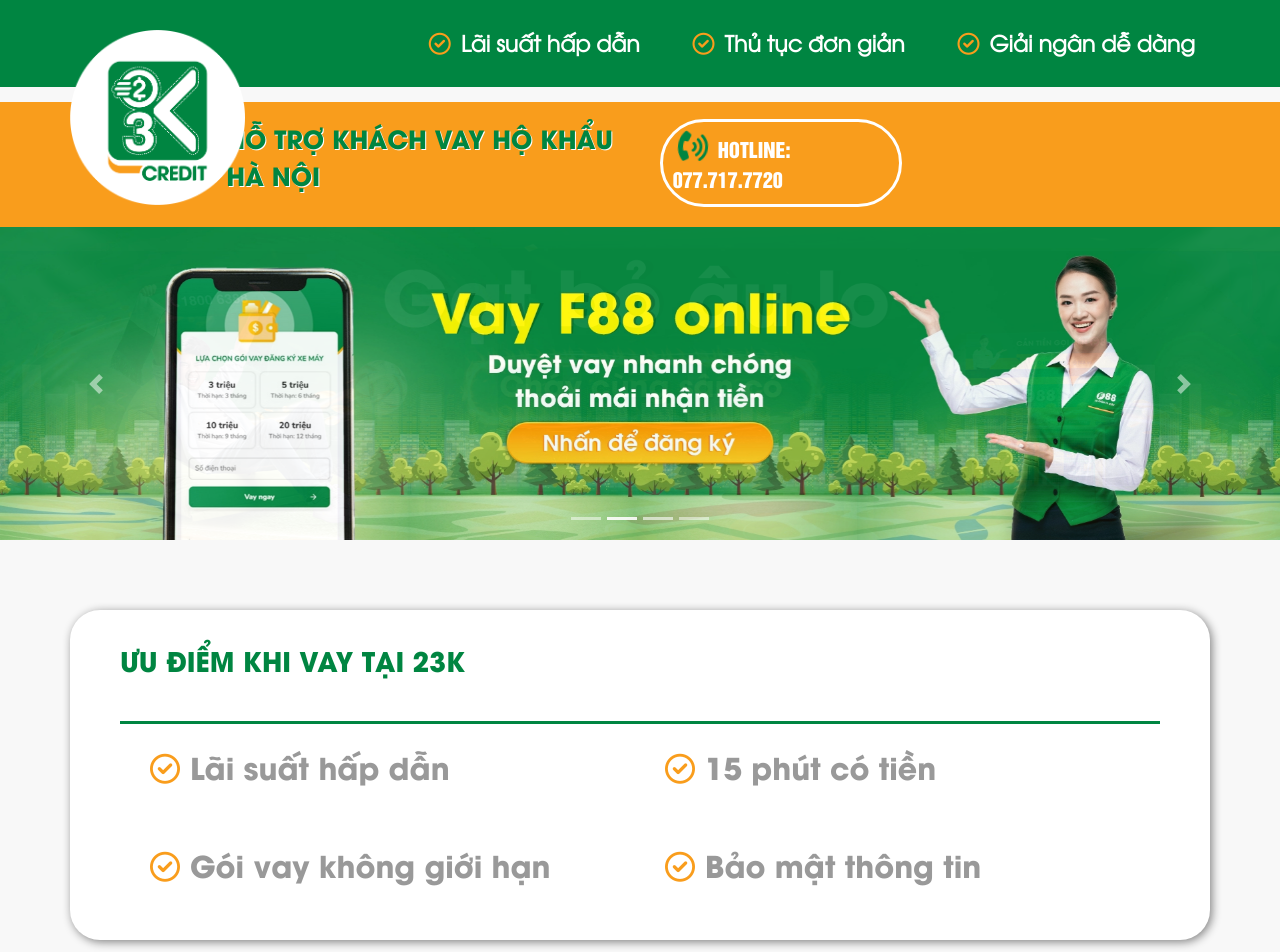
Repository: anhtu2110/23k.vn
Page: theme/index.html
These files come from the project's save history. The page is drawn as it stood at one moment and after the next save; the edit follows.
The browser window is 1280 px wide. The pictures show the part of the page from y = 0 to 952 px (the page is 1984 px tall).
A picture or video elsewhere on the page could not be fetched, so the positions and the page height are approximate.

Above is the page before, as saved 2022-12-29 21:41:13.

### theme/index.html
<!DOCTYPE html>
<html lang="en">

<head>
    <meta charset="UTF-8">
    <meta http-equiv="X-UA-Compatible" content="IE=edge">
    <meta name="viewport" content="width=device-width, initial-scale=1.0">
    <link rel="icon" type="image/x-icon" href="./public/images/footer_logo.png">
    <link rel="stylesheet" href="public/css/bootstrap/bootstrap-theme.css" type="text/css" />
    <link rel="stylesheet" href="public/css/bootstrap/bootstrap.css" type="text/css" />
    <link rel="stylesheet" href="public/reset.css" type="text/css" />
    <link rel="stylesheet" href="public/css/font-awesome/css/font-awesome.min.css">
    <link rel="stylesheet" href="https://cdnjs.cloudflare.com/ajax/libs/font-awesome/6.2.1/css/all.min.css">
    <link rel="stylesheet" href="public/style.css" type="text/css" />
    <link rel="stylesheet" href="public/responsive.css" type="text/css" />
    <title>23K</title>

    <script src="public/js/jquery-3.6.1.min.js"></script>
    <script src="public/js/bootstrap/bootstrap.min.js"></script>
    <script src="public/js/main.js"></script>
</head>

<body>
    <!-- test  -->
    <div id="wrapper">
        <div id="header">
            <div class="header-top">
                <div class="container">
                    <div class="logo">
                        <a href="" class="logo">
                            <img src="./public/images/LOGO.png" alt="">
                        </a>
                    </div>
                    <ul class="benefit">
                        <li class="benefit-item">Lãi suất hấp dẫn</li>
                        <li class="benefit-item">Thủ tục đơn giản </li>
                        <li class="benefit-item">Giải ngân dễ dàng</li>
                    </ul>
                </div>
            </div>
            <div class="header-bottom">
                <div class="container">
                    <div class="row">
                        <div class="col-md-2"></div>
                        <div class="col-md-6">
                            <span class="content text-uppercase">Hỗ trợ khách vay hộ khẩu hà nội</span>
                        </div>
                        <div class="col-md-4">
                            <a href="tel:0777177720" class="hotline text-decoration-none">
                                <span class="icon-phone"><i class="fa-solid fa-phone-volume animation-phone"></i></span>
                                <span>Hotline: 077.717.7720</span>
                            </a>
                        </div>
                    </div>
                    <!-- <span class="content text-uppercase">Hỗ trợ khách vay hộ khẩu hà nội</span> -->
                    <!-- <a href="tel:0777177720" class="hotline text-decoration-none">
                        <span class="icon-phone"><i class="fa-solid fa-phone-volume animation-phone"></i></span>
                        <span>Hotline: 077.717.7720</span>
                    </a> -->
                </div>
            </div>
        </div>
        <!-- END HEADER  -->
        <style>
            #banner img {
                max-width: 100%;
                height: auto;
            }
        </style>
        <div id="wp-content">
            <section class="home-banner">
                <div id="banner" class="banner carousel slide carousel-fade" data-ride="carousel">
                    <ol class="carousel-indicators">
                        <li data-target="#banner" class="active" data-slide-to="0"></li>
                        <li data-target="#banner" data-slide-to="1"></li>
                        <li data-target="#banner" data-slide-to="2"></li>
                        <li data-target="#banner" data-slide-to="3"></li>
                    </ol>
                    <div class="carousel-inner">
                        <div class="carousel-item active" data-interval="2500">
                            <a href="">
                                <img class="desktop" src="./public/images/20220511164418256-1920 x 470.jpg" alt="">
                            </a>
                        </div>
                        <div class="carousel-item" data-interval="2500">
                            <a href="">
                                <img class="desktop" src="./public/images/20221012100205330-f88 vay tiền destop.png"
                                    alt="">
                            </a>
                        </div>
                        <div class="carousel-item" data-interval="2500">
                            <a href="">
                                <img class="desktop"
                                    src="./public/images/20221118174037871-destop wc vay tiền tại f88.jpg" alt="">
                            </a>
                        </div>
                        <div class="carousel-item" data-interval="2500">
                            <a href="">
                                <img class="desktop" src="./public/images/slider_4.jpg" alt="">
                            </a>
                        </div>
                    </div>
                    <a href="#banner" class="carousel-control-prev" data-slide="prev">
                        <span class="carousel-control-prev-icon"></span>
                    </a>
                    <a href="#banner" class="carousel-control-next" data-slide="next">
                        <span class="carousel-control-next-icon"></span>
                    </a>
                </div>
            </section>
            <!-- END HOME-BANNER  -->
            <div id="advantages" class="container box">
                <div class="head-box">
                    <div class="row">
                        <div class="col-md-12">
                            <p class="title">Ưu điểm khi vay tại 23k</p>
                        </div>
                    </div>
                </div>
                <div class="list-advantage">
                    <div class="row justify-content-center">
                        <div class="col-md-6 col-12">
                            <p class="advantage">Lãi suất hấp dẫn</p>
                        </div>
                        <div class="col-md-6 col-12">
                            <p class="advantage">15 phút có tiền</p>
                        </div>
                        <div class="col-md-6 col-12">
                            <p class="advantage">Gói vay không giới hạn</p>
                        </div>
                        <div class="col-md-6 col-12">
                            <p class="advantage">Bảo mật thông tin</p>
                        </div>
                    </div>
                </div>
            </div>
            <!-- END ADVANTAGES  -->
            <div id="should-choose" class="container box">
                <div class="head-box">
                    <div class="row">
                        <div class="col-md-12">
                            <p class="title">Bạn nên chọn 23k</p>
                        </div>
                    </div>
                </div>
                <ul class="list-reason">
                    <li class="reason-item">
                        <a href=""><img src="./public/images/thu_tuc.png" alt=""></a>
                        <p>Thủ tục đơn giản chỉ cần CCCD & sổ hộ khẩu Hà Nội</p>
                    </li>
                    <li class="reason-item">
                        <a href=""><img src="./public/images/tham_dinh.png" alt=""></a>
                        <p>
                            Thẩm định nhanh chóng linh hoạt
                        </p>
                    </li>
                    <li class="reason-item">
                        <a href=""><img src="./public/images//lai_suat.png" alt=""></a>
                        <p>Lãi suất ưu đãi nhất Hà Nội</p>
                    </li>
                    <li class="reason-item">
                        <a href=""><img src="./public/images/tu_van.png" alt=""></a>
                        <p>Đăng ký tư vấn online dễ dàng</p>
                    </li>
                    <li class="reason-item">
                        <a href=""><img src="./public/images/bao_mat.png" alt=""></a>
                        <p>Bảo mật thông tin khách hàng</p>
                    </li>
                </ul>
            </div>
        </div>
        <!-- END WP-CONTENT  -->
        <div id="footer">
            <div id="footer-top">
                <div class="container">
                    <div class="row">
                        <div class="footer-top-content col-12">
                            <span class="footer-thank">Trân trọng cảm ơn quý khách !</span>
                            <a href="tel:0777177720" class="hotline text-decoration-none">
                                <span class="icon-phone"><i class="fa-solid fa-phone-volume animation-phone"></i></span>
                                <span>Hotline: 077.717.7720</span>
                            </a>
                        </div>
                    </div>
                </div>
            </div>
            <!-- END FOOTER-TOP  -->
            <div id="footer-bottom">
                <div class="container">
                    <div class="row no-gutters">
                        <div class="footer-logo col-md-4">
                            <a href="" class="logo">
                                <img src="./public/images/footer_logo.png" alt="">
                            </a>
                        </div>
                        <div class="footer-info-contact">
                            <p>Thông tin liên hệ</p>
                            <ul class="list-info-contact">
                                <li class="info-contact-item"><a href=""><i class="fa-solid fa-location-dot"></i>252 Đ.
                                        Lạc Long
                                        Quân, Bưởi, Cầu Giấy, Hà Nội, Việt Nam</a></li>
                                <li class="info-contact-item"><a href=""><i class="fa-solid fa-phone"></i>HOTLINE:
                                        0777.170.720</a></li>
                                <li class="info-contact-item"><a href=""><i
                                            class="fa-brands fa-square-facebook"></i>www.facebook.com/groups/taichinh23k</a>
                                </li>
                            </ul>
                        </div>
                    </div>
                </div>
            </div>
            <div class="container">
                <div class="row">
                    <div class="col-md-4">xin chaof</div>
                    <div class="col-md-4">xin chaof</div>
                    <div class="col-md-4">xin chào</div>
                </div>
            </div>

            <!-- END FOOTER-BOTTOM  -->
        </div>
        <!-- END FOOTER  -->
    </div>
</body>

</html>

### theme/public/style.css
@import '../public/css/import/fonts.css';
@import '../public/css/import/global.css';
@import '../public/css/import/header.css';
@import '../public/css/import/footer.css';
@import '../public/css/import/register.css';

### theme/public/responsive.css
@media (max-width: 1199px) {
    html {
        font-size: 5.333px;
        /* font-size: 8px; */
    }
}

@media (max-width: 767px) {
    html {
        font-size: 10px;
    }
}

### theme/public/css/import/fonts.css
@font-face {
    font-family: 'Leelawadee UI Bold';
    src: url('../../font/leelawdb.ttf');
}

@font-face {
    font-family: 'Montserrat-SemiBold';
    src: url('../../font/Montserrat-SemiBold.ttf');
}

@font-face {
    font-family: 'UTM Avo';
    src: url('../../font/UTM\ Avo.ttf');
}

@font-face {
    font-family: 'UTM AvoBold_Italic';
    src: url('../../font/UTM\ AvoBold_Italic.ttf');
}

@font-face {
    font-family: 'UTM AvoBold';
    src: url('../../font/UTM\ AvoBold.ttf');
}

@font-face {
    font-family: 'UTM AvoItalic';
    src: url('../../font/UTM\ AvoItalic.ttf');
}

@font-face {
    font-family: 'UTM HelvetIns';
    src: url('../../font/UTM\ HelvetIns.ttf');
}

### theme/public/css/import/global.css
:root {
    --bg-page: #F8F8F8;
    --bg-green: #008541;
    --bg-white: #FFFFFF;
    --bg-orange: #F99D1C;
    --bg-gray: #666666;
}

a {
    text-decoration: none !important;
}

ul {
    padding: 0;
    margin: 0;
}

html {
    font-size: 62.5%;
}

body {
    background-color: var(--bg-page);
}

.head-box {
    padding-bottom: 3rem;
    padding-top: 1rem;
    border-bottom: 3px solid var(--bg-green);
}

p.title {
    font-size: 2.7rem;
    font-family: 'UTM AvoBold';
    color: var(--bg-green);
    text-transform: uppercase;
}

.box {
    background-color: var(--bg-white);
    padding: 2rem 5rem;
    box-shadow: 2px 2px 10px gray;
    border-radius: 3rem;
    z-index: 1;
}

a.hotline {
    display: inline-block;
    font-size: 2rem;
    font-family: 'UTM HelvetIns';
    text-transform: uppercase;
    color: var(--bg-white);
    padding: 1rem 1rem;
    border: 0.3rem solid var(--bg-white);
    border-radius: 100rem;
    margin-left: 1rem;
    overflow: hidden;
}

a.hotline span.icon-phone i {
    font-size: 3rem;
    color: var(--bg-green);
    padding-inline: 0.5rem;
}

.animation-phone {
    animation-name: trin;
    animation-duration: 1.5s;
    animation-iteration-count: infinite;
    animation-timing-function: linear;
}

@keyframes trin {

    from {
        transform: rotate3d(0, 0, 1, 0deg);
    }

    20%,
    32%,
    44%,
    56%,
    68% {
        transform: rotate3d(0, 0, 1, 0deg);
    }

    23%,
    35%,
    47%,
    59%,
    71% {
        transform: rotate3d(0, 0, 1, 15deg);
    }

    26%,
    38%,
    50%,
    62%,
    74% {
        transform: rotate3d(0, 0, 1, 0deg);
    }

    29%,
    41%,
    53%,
    65%,
    77% {
        transform: rotate3d(0, 0, 1, -15deg);
    }

    80% {
        transform: rotate3d(0, 0, 1, 0deg);
    }

}

### theme/public/css/import/header.css
.header-top {
    background-color: var(--bg-green);
    margin-bottom: 1.5rem;
}

.header-top .container {
    position: relative;
    display: flex;
    justify-content: flex-end;
}

#header .logo {
    position: absolute;
    top: 1.5rem;
    left: 0;
    border-radius: 10rem;
    z-index: 1;
}

#header .logo a.logo img {
    width: 17.5rem;
    height: auto;
}

ul.benefit li.benefit-item {
    display: inline-block;
    font-size: 2.2rem;
    color: red;
    font-family: 'UTM Avo';
    font-weight: 600;
    color: var(--bg-white);
    padding: 2.6rem 2rem;
}

ul.benefit li.benefit-item:last-child {
    padding-right: 0;
}

ul.benefit li.benefit-item::before {
    display: inline-block;
    content: '\f058';
    font-family: "Font Awesome 6 Free";
    -webkit-font-smoothing: antialiased;
    font-weight: normal;
    color: #F99D1C;
    padding-inline: 1rem;
}

/* ul.benefit li.benefit-item i {
    display: inline-block;
    padding-inline: 1rem;
    color: #F99D1C;
} */

/* END HEADER TOP  */
.header-bottom {
    height: 12.5rem;
    background-color: var(--bg-orange);
    display: flex;
    align-items: center;
}

.header-bottom .container {
    display: flex;
    align-items: center;
    /* justify-content: right; */
}

.header-bottom .content {
    font-size: 2.5rem;
    font-family: 'UTM AvoBold';
    color: var(--bg-green);
    text-shadow: 1px 1px var(--bg-white);
    width: fit-content;
}

### theme/public/css/import/footer.css
#footer #footer-top {
    background-color: var(--bg-green);
    padding-block: 3rem;
}

#footer #footer-top .footer-top-content {
    display: flex;
    justify-content: space-between;
}

#footer #footer-top .footer-top-content span.footer-thank {
    font-size: 3.8rem;
    color: var(--bg-white);
    font-family: 'UTM AvoBold';
    text-transform: uppercase;
    margin-left: -1.5rem;
}

#footer #footer-top .footer-top-content a.hotline {
    /* border: none; */
    background-color: var(--bg-orange);
    margin-right: -1.5rem;
}

/* END FOOTER-TOP  */
#footer #footer-bottom .footer-logo a.logo img {
    display: block;
    max-width: 18rem;
    height: auto;
}

#footer #footer-bottom {
    padding-block: 4rem;
}

.footer-info-contact {
    font-size: 2.6rem;
    color: var(--bg-gray);
}

.footer-info-contact p {
    padding-block: 1rem;
    border-bottom: 0.2rem solid var(--bg-green);
}

ul.list-info-contact {
    list-style: none;
    padding: 0;
    margin: 0;
}

ul.list-info-contact li a {
    color: var(--bg-gray);
}

ul.list-info-contact i {
    display: inline-block;
    width: 3rem;
    height: auto;
}

### theme/public/css/import/register.css
#wp-content {
    margin-bottom: 8rem;
}

#advantages {
    margin-block: 7rem;
}

#advantages .list-advantage {
    margin-inline: 2rem;
}

#advantages p.advantage {
    font-size: 3rem;
    color: #999999;
    font-family: 'UTM AvoBold';
    padding-block: 2rem;
}

#advantages p.advantage::before {
    display: inline-block;
    content: '\f058';
    font-family: "Font Awesome 6 Free";
    -webkit-font-smoothing: antialiased;
    font-weight: normal;
    color: var(--bg-orange);
    padding-inline: 1rem;
}

/* END ADVANTAGE  */
#should-choose ul.list-reason {
    list-style: none;
    padding: 0;
    margin: 0;
    display: flex;
    align-items: center;
    text-align: center;
}

#should-choose ul.list-reason li.reason-item {
    flex-basis: 20%;
    padding: 2rem;
}

#should-choose ul.list-reason li a {
    display: block;
    width: 100%;
    height: 16rem;
}

#should-choose ul.list-reason li a img {
    display: inline-block;
    width: 15rem;
    height: auto;
}

#should-choose ul.list-reason li.reason-item p {
    font-size: 2rem;
    font-family: "UTM Avo";
    color: #808080;
}

Loaded but not shown: theme/public/css/bootstrap/bootstrap-theme.css (library); theme/public/css/bootstrap/bootstrap.css (library); theme/public/reset.css (common file); theme/public/css/font-awesome/css/font-awesome.min.css (library); theme/public/js/jquery-3.6.1.min.js (library); theme/public/js/bootstrap/bootstrap.min.js (library); theme/public/js/main.js (no copy from this time; the picture is the same without it)

After the next save:
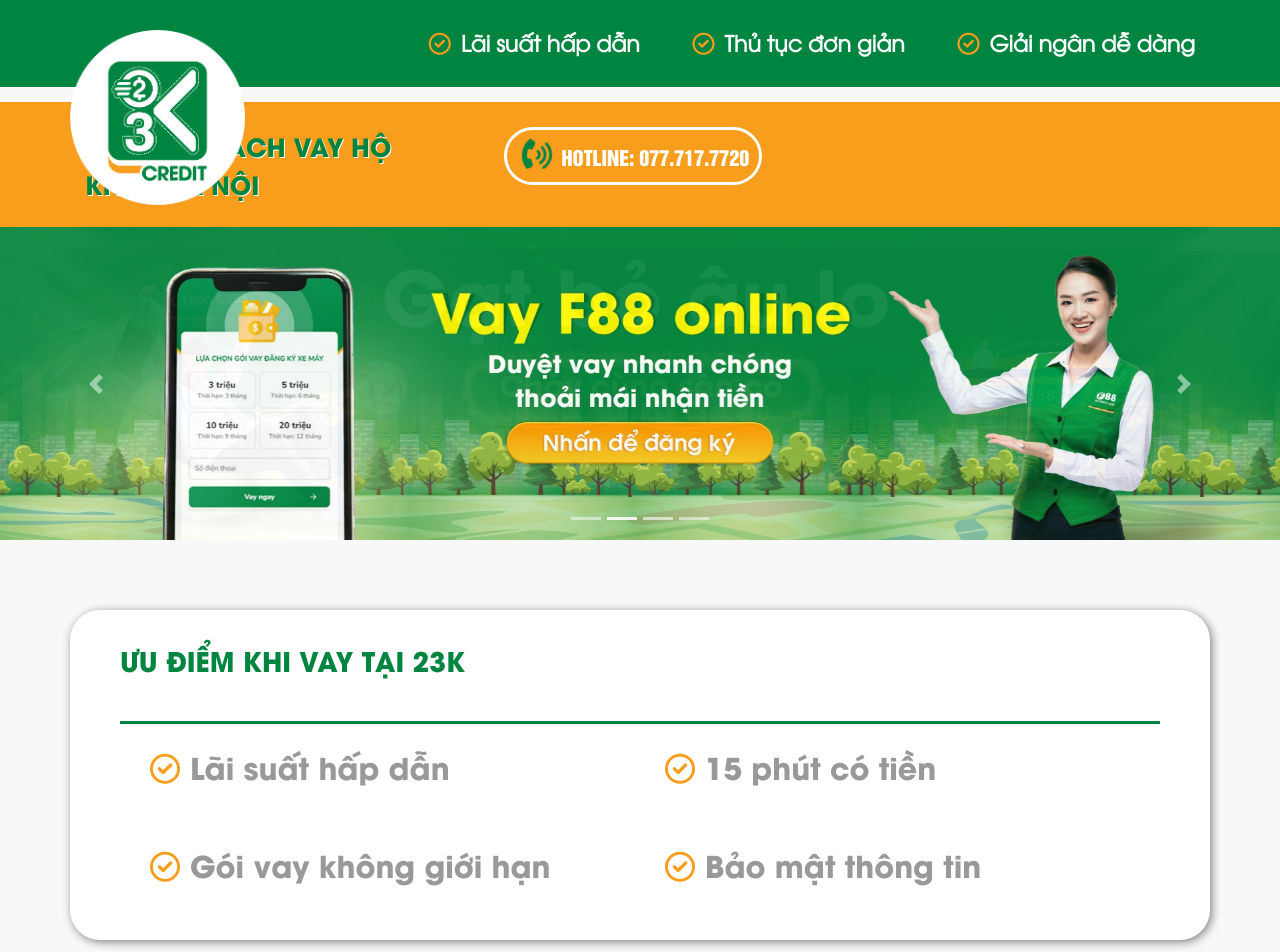
Saved 11 s later.
--- a/theme/index.html
+++ b/theme/index.html
@@ -41,11 +41,11 @@
             <div class="header-bottom">
                 <div class="container">
                     <div class="row">
-                        <div class="col-md-2"></div>
+                        <!-- <div class="col-md-2"></div> -->
                         <div class="col-md-6">
                             <span class="content text-uppercase">Hỗ trợ khách vay hộ khẩu hà nội</span>
                         </div>
-                        <div class="col-md-4">
+                        <div class="col-md-6">
                             <a href="tel:0777177720" class="hotline text-decoration-none">
                                 <span class="icon-phone"><i class="fa-solid fa-phone-volume animation-phone"></i></span>
                                 <span>Hotline: 077.717.7720</span>
